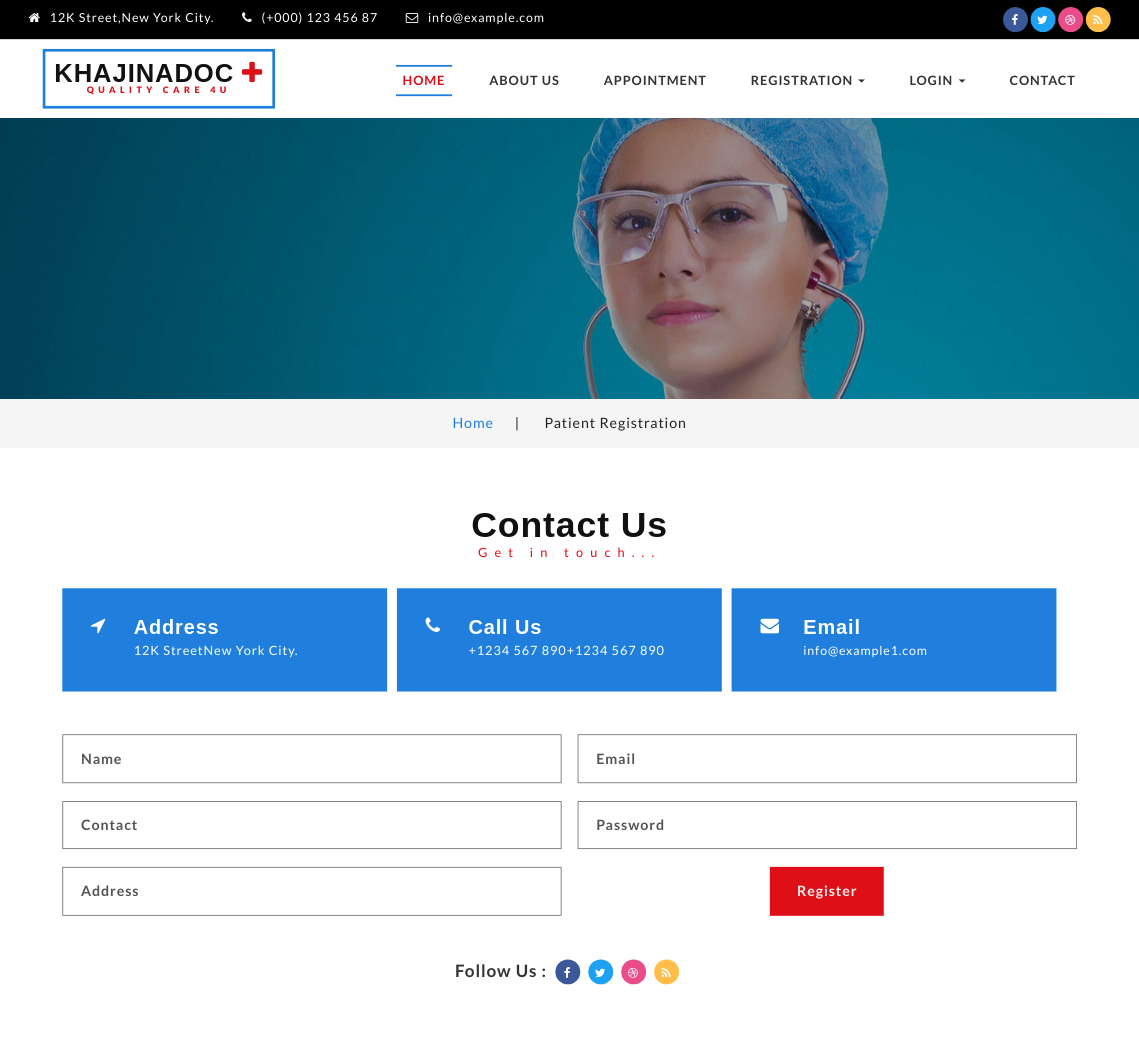
Repository: 72-faisal/work_to_do
Page: http://localhost/Khajina_Doctor/Patient_Registration.jsp
The author's editor kept a copy of each file at every save. The page is drawn from the files as they stood at one save, then again after the next save.
The browser window is 1280 px wide. The pictures show the part of the page from y = 0 to 1170 px (the page is 2200 px tall before and 2229 px after), at 89% of full size.
Pictures or frames that could not be fetched are drawn as grey boxes. Some web fonts or font styles are not loaded; a fallback is used. The page is served by Tomcat 9.

Above is the page before, as saved 2023-04-10 10:42:28.

After the next save:
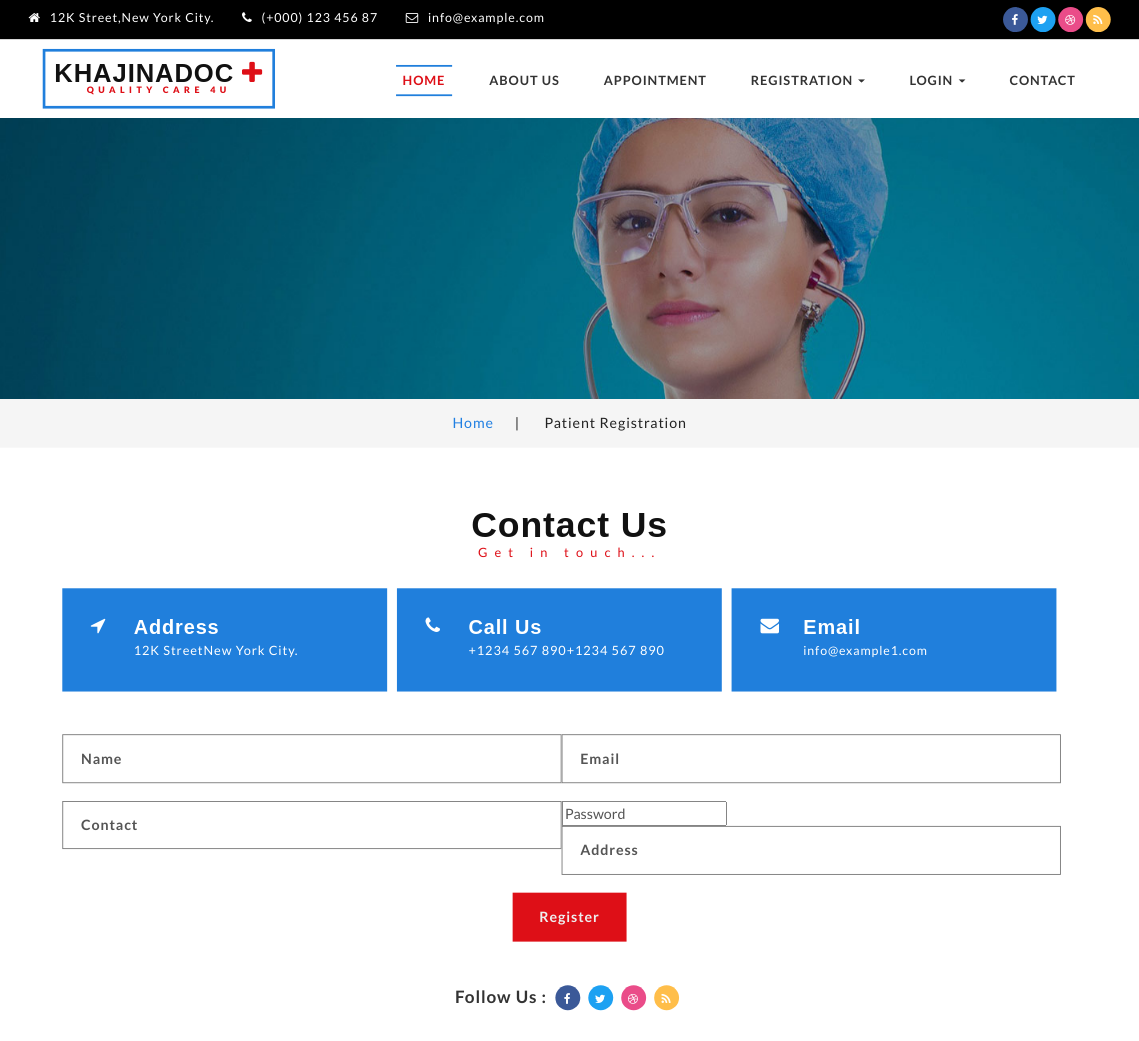
Saved 66 s later.
--- a/Khajina_Doctor/Khajina_Doctor/src/main/webapp/Patient_Registration.jsp
+++ b/Khajina_Doctor/Khajina_Doctor/src/main/webapp/Patient_Registration.jsp
@@ -154,11 +154,11 @@ Smartphone Compatible web template, free web designs for Nokia, Samsung, LG, Son
 			</div>
 			<div class="contact-form-aits">
 				 <form action="#" method="post">
-					<input type="text" class="margin-right" name="pname" placeholder="Name" required="">
+					<input type="text"  name="pname" placeholder="Name" required="">
 					<input type="email" name="pemail" placeholder="Email" required="">
-					<input type="text" class="margin-right" name="pcontact" placeholder="Contact" required="">
-					<input type="text" name="ppassword" placeholder="Password" required="">
-					<input type="text" class="margin-right" name="paddress" placeholder="Address" required="">
+					<input type="text"  name="pcontact" placeholder="Contact" required="">
+					<input type="password" name="ppassword" placeholder="Password" required="">
+					<input type="text"  name="paddress" placeholder="Address" required="">
 
 
 					<div class="send-button agileits w3layouts">
